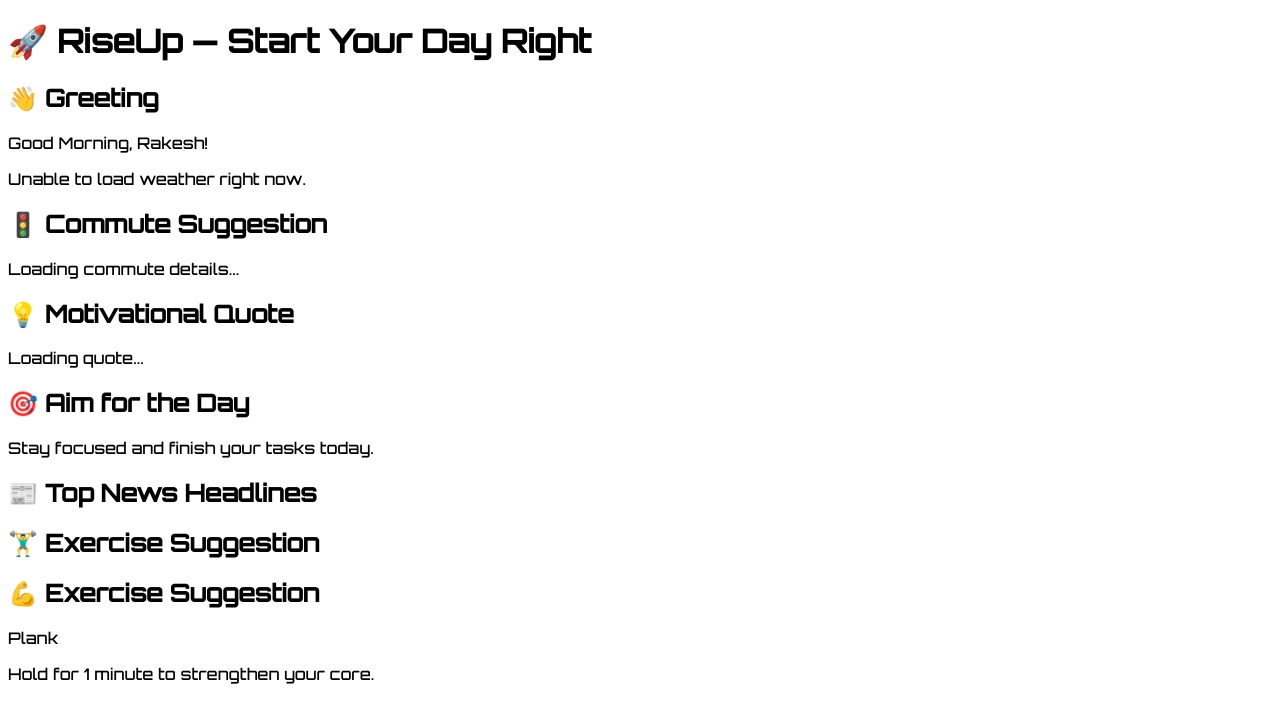
Repository: rakeshkumar1012/riseup
Page: /
These files come from the project's save history. The page is drawn as it stood at one moment and after the next save; the edit follows.
The browser window is 1280 px wide. The pictures show the whole page.
The page's requests for data from a server got no answer. The project was rebuilt for these pictures with package versions that can differ from the ones it lists, and the page was loaded fresh each time. No one was signed in, and anything a server would have sent is missing.

Above is the page before, as saved 2025-07-05 03:59:36.

After the next save:
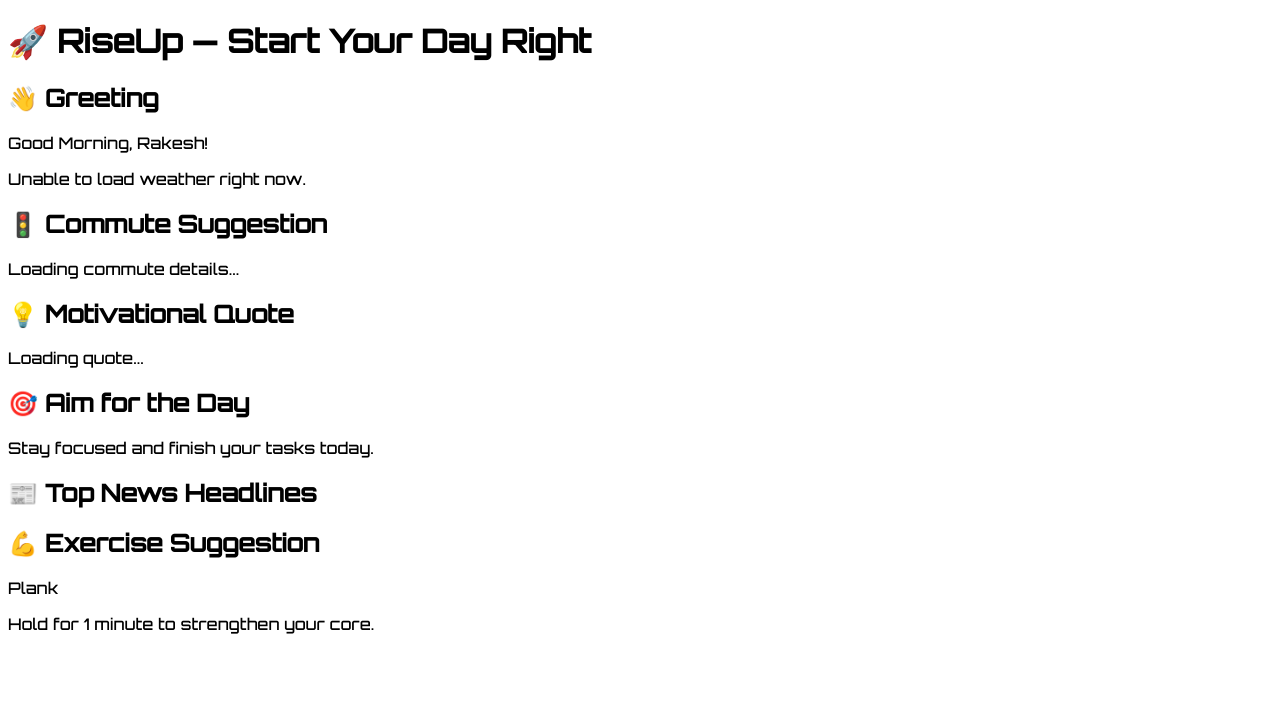
Saved 38 s later.
--- a/src/App.js
+++ b/src/App.js
@@ -41,12 +41,9 @@ function App() {
 
           <News/>
 
-
-        {/* Exercise */}
-        <Section title="🏋️‍♂️ Exercise Suggestion" gradient="from-indigo-500 to-purple-700">
           <Exercise/>
 
-        </Section>
+
 
 
       </div>
